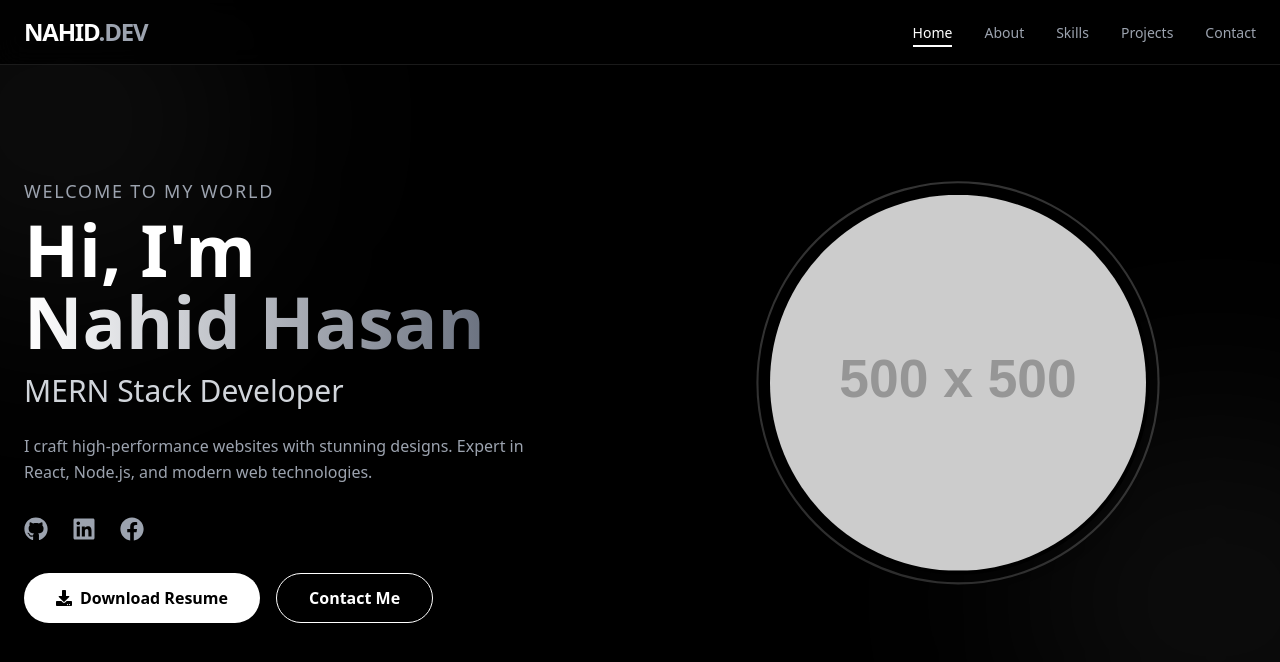
Repository: nahid-hasann/portfolio
Page: /
The author's editor kept a copy of each file at every save. The page is drawn from the files as they stood at one save, then again after the next save.
The browser window is 1280 px wide. The pictures show the whole page.
The project was rebuilt for these pictures with package versions that can differ from the ones it lists, and the page was loaded fresh each time. Also part of the build but not shown: vite.config.js.

Above is the page before, as saved 2026-01-05 15:02:21.

### index.html
<!doctype html>
<html data-theme="light" lang="en">
  <head>
    <meta charset="UTF-8" />
    <link rel="icon" type="image/svg+xml" href="/vite.svg" />
    <meta name="viewport" content="width=device-width, initial-scale=1.0" />
    <title>my-portfolio</title>
  </head>
  <body>
    <div id="root"></div>
    <script type="module" src="/src/main.jsx"></script>
  </body>
</html>

### src/main.jsx
import { StrictMode } from 'react'
import { createRoot } from 'react-dom/client'
import './index.css'
import App from './App.jsx'
import {
  createBrowserRouter,
  RouterProvider,
} from "react-router-dom";
import Home from './page/Home.jsx';

const router = createBrowserRouter([
  {
    path: "/",
    element: <App />,
    children: [
      {
        path: "/",
        element: <Home></Home>,
      },
      {
        path: "/about",
        element: <div className="text-center mt-10 text-2xl">ℹ️ This is About Section</div>,
      },
      {
        path: "/projects",
        element: <div className="text-center mt-10 text-2xl">🚀 This is Projects Section</div>,
      },
      {
        path: "/contact",
        element: <div className="text-center mt-10 text-2xl">📞 This is Contact Section</div>,
      },
      {
        path: "/skills",
        element: <div className="text-center mt-10 text-2xl" >this is skill </div>
      }
    ]
  },
]);

createRoot(document.getElementById('root')).render(
  <StrictMode>
    <RouterProvider router={router} />
  </StrictMode>,
)

### src/index.css
@tailwind base;
@tailwind components;
@tailwind utilities;

html {
    scroll-behavior: smooth;
    background-color: #000000;

    color: #ffffff;
}


::-webkit-scrollbar {
    width: 8px;
}

::-webkit-scrollbar-track {
    background: #1a1a1a;
}

::-webkit-scrollbar-thumb {
    background: #444;
    border-radius: 4px;
}

::-webkit-scrollbar-thumb:hover {
    background: #fff;
}

### src/App.jsx
import React from 'react';
import { Outlet } from 'react-router-dom';
import Navbar from './component/Navbar';
// import Navbar from './components/Navbar';

function App() {
  return (
    <div>

      <Navbar />

      <div className="w-full">
        <Outlet />
      </div>
    </div>
  );
}

export default App;

### src/page/Home.jsx
import React from 'react';
import Hero from '../component/Hero';
// ১. এই লাইনে আমরা Hero কম্পোনেন্টটি ইমপোর্ট করছি
// import Hero from '../components/Hero';

const Home = () => {
    return (
        <div className="bg-black min-h-screen">
            {/* ২. এখানে Hero কম্পোনেন্টটি কল করছি */}
            <Hero />

            {/* পরে আমরা এখানে বাকি সেকশন বসাবো (Skills, Projects etc.) */}
        </div>
    );
};

export default Home;

### src/component/Navbar.jsx
import React, { useState } from 'react';
import { Link, useLocation } from 'react-router-dom';
import { motion, AnimatePresence } from 'framer-motion';
import { FaBars, FaTimes } from 'react-icons/fa';

const Navbar = () => {
    const [isOpen, setIsOpen] = useState(false);
    const location = useLocation();

    // মেনু আইটেমগুলোর লিস্ট
    const navLinks = [
        { name: 'Home', path: '/' },
        { name: 'About', path: '/about' },
        { name: 'Skills', path: '/skills' },
        { name: 'Projects', path: '/projects' },
        { name: 'Contact', path: '/contact' },
    ];

    // এক্টিভ লিংক চেক করার ফাংশন
    const isActive = (path) => location.pathname === path;

    return (
        <nav className="fixed top-0 left-0 right-0 z-50 bg-black/80 backdrop-blur-md border-b border-white/10">
            <div className="container mx-auto px-6 py-4 flex justify-between items-center">

                {/* Logo Area */}
                <motion.div
                    initial={{ opacity: 0, x: -20 }}
                    animate={{ opacity: 1, x: 0 }}
                    transition={{ duration: 0.5 }}
                >
                    <Link to="/" className="text-2xl font-bold tracking-tighter text-white">
                        NAHID<span className="text-gray-400">.DEV</span>
                    </Link>
                </motion.div>

                {/* Desktop Menu */}
                <div className="hidden md:flex space-x-8">
                    {navLinks.map((link, index) => (
                        <motion.div
                            key={index}
                            initial={{ opacity: 0, y: -10 }}
                            animate={{ opacity: 1, y: 0 }}
                            transition={{ delay: 0.1 * index, duration: 0.5 }}
                        >
                            <Link
                                to={link.path}
                                className={`text-sm font-medium transition-colors duration-300 relative group ${isActive(link.path) ? 'text-white' : 'text-gray-400 hover:text-white'
                                    }`}
                            >
                                {link.name}
                                {/* Hover Underline Animation */}
                                <span className={`absolute left-0 bottom-[-5px] w-0 h-[2px] bg-white transition-all duration-300 group-hover:w-full ${isActive(link.path) ? 'w-full' : ''}`}></span>
                            </Link>
                        </motion.div>
                    ))}
                </div>

                {/* Mobile Menu Button */}
                <div className="md:hidden">
                    <button onClick={() => setIsOpen(!isOpen)} className="text-white focus:outline-none text-2xl">
                        {isOpen ? <FaTimes /> : <FaBars />}
                    </button>
                </div>
            </div>

            {/* Mobile Dropdown Menu (AnimatePresence for smooth exit) */}
            <AnimatePresence>
                {isOpen && (
                    <motion.div
                        initial={{ opacity: 0, height: 0 }}
                        animate={{ opacity: 1, height: 'auto' }}
                        exit={{ opacity: 0, height: 0 }}
                        className="md:hidden bg-black border-b border-white/10 overflow-hidden"
                    >
                        <div className="flex flex-col items-center py-6 space-y-4">
                            {navLinks.map((link) => (
                                <Link
                                    key={link.name}
                                    to={link.path}
                                    onClick={() => setIsOpen(false)}
                                    className={`text-lg font-medium ${isActive(link.path) ? 'text-white' : 'text-gray-400'}`}
                                >
                                    {link.name}
                                </Link>
                            ))}
                        </div>
                    </motion.div>
                )}
            </AnimatePresence>
        </nav>
    );
};

export default Navbar;

### src/component/Hero.jsx
import React from 'react';
import { motion } from 'framer-motion';
import { FaGithub, FaLinkedin, FaFacebook, FaDownload } from "react-icons/fa";

const Hero = () => {

    const fadeUp = {
        hidden: { opacity: 0, y: 30 },
        visible: { opacity: 1, y: 0, transition: { duration: 0.8 } }
    };

    return (
        <section className="min-h-screen bg-black text-white flex items-center justify-center pt-20 overflow-hidden relative">


            <div className="absolute top-[-10%] left-[-10%] w-96 h-96 bg-white/5 rounded-full blur-[100px]" />
            <div className="absolute bottom-[-10%] right-[-10%] w-96 h-96 bg-white/5 rounded-full blur-[100px]" />

            <div className="container mx-auto px-6 grid md:grid-cols-2 gap-10 items-center relative z-10">

                {/* Left Side: Text Content */}
                <motion.div
                    initial="hidden"
                    animate="visible"
                    variants={{
                        visible: { transition: { staggerChildren: 0.2 } }
                    }}
                    className="text-center md:text-left"
                >
                    <motion.p variants={fadeUp} className="text-gray-400 text-lg mb-2 tracking-widest uppercase">
                        Welcome to my world
                    </motion.p>

                    <motion.h1 variants={fadeUp} className="text-5xl md:text-7xl font-bold mb-4 leading-tight">
                        Hi, I'm <br />
                        <span className="text-transparent bg-clip-text bg-gradient-to-r from-white to-gray-500">
                            Nahid Hasan
                        </span>
                    </motion.h1>

                    <motion.h2 variants={fadeUp} className="text-2xl md:text-3xl font-light text-gray-300 mb-6">
                        MERN Stack Developer
                    </motion.h2>

                    <motion.p variants={fadeUp} className="text-gray-400 max-w-lg mx-auto md:mx-0 mb-8 leading-relaxed">
                        I craft high-performance websites with stunning designs. Expert in React, Node.js, and modern web technologies.
                    </motion.p>


                    <motion.div variants={fadeUp} className="flex gap-6 justify-center md:justify-start mb-8">
                        {[
                            { icon: <FaGithub />, link: "https://github.com" },
                            { icon: <FaLinkedin />, link: "https://linkedin.com" },
                            { icon: <FaFacebook />, link: "https://facebook.com" }
                        ].map((social, index) => (
                            <a
                                key={index}
                                href={social.link}
                                target="_blank"
                                className="text-2xl text-gray-400 hover:text-white hover:scale-110 transition-transform duration-300"
                            >
                                {social.icon}
                            </a>
                        ))}
                    </motion.div>


                    <motion.div variants={fadeUp} className="flex flex-col sm:flex-row gap-4 justify-center md:justify-start">
                        <a
                            href="/resume.pdf"
                            download
                            className="px-8 py-3 bg-white text-black font-bold rounded-full hover:bg-gray-200 transition duration-300 flex items-center justify-center gap-2"
                        >
                            <FaDownload /> Download Resume
                        </a>
                        <a
                            href="/contact"
                            className="px-8 py-3 border border-white text-white font-bold rounded-full hover:bg-white/10 transition duration-300"
                        >
                            Contact Me
                        </a>
                    </motion.div>
                </motion.div>


                <motion.div
                    initial={{ opacity: 0, scale: 0.8 }}
                    animate={{ opacity: 1, scale: 1 }}
                    transition={{ duration: 0.8 }}
                    className="flex justify-center"
                >

                    <motion.div
                        animate={{ y: [0, -20, 0] }}
                        transition={{ duration: 4, repeat: Infinity, ease: "easeInOut" }}
                        className="relative w-80 h-80 md:w-96 md:h-96"
                    >

                        <div className="absolute inset-0 border-2 border-white/20 rounded-full transform rotate-6 scale-105" />


                        <img
                            src="https://placehold.co/500x500/1a1a1a/ffffff?text=Your+Photo"
                            alt="Nahid Profile"
                            className="w-full h-full object-cover rounded-full shadow-2xl border-4 border-black grayscale hover:grayscale-0 transition duration-500"
                        />
                    </motion.div>
                </motion.div>
            </div>
        </section>
    );
};

export default Hero;

### tailwind.config.js
/** @type {import('tailwindcss').Config} */
export default {
    content: [
        "./index.html",
        "./src/**/*.{js,ts,jsx,tsx}",
    ],
    theme: {
        extend: {},
    },
    plugins: [
        require('daisyui'),
    ],
  }

After the next save:
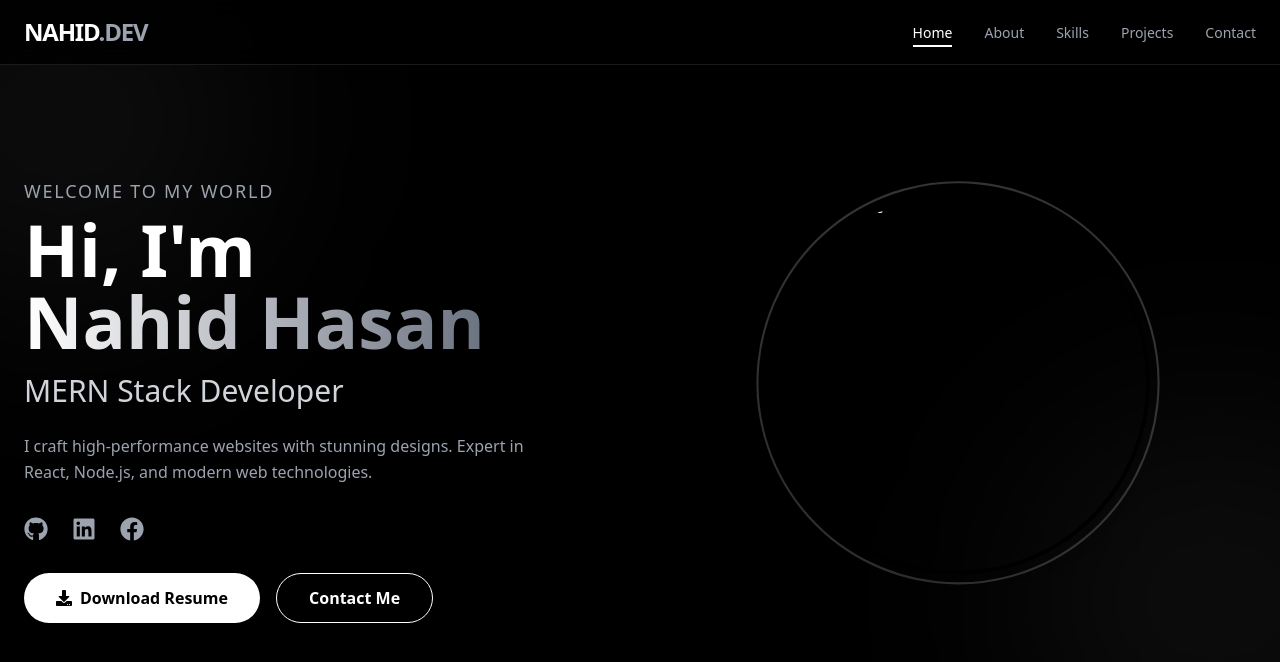
Saved 4 min 48 s later.
--- a/src/component/Hero.jsx
+++ b/src/component/Hero.jsx
@@ -100,7 +100,7 @@ const Hero = () => {
 
 
                         <img
-                            src="https://placehold.co/500x500/1a1a1a/ffffff?text=Your+Photo"
+                            src=""
                             alt="Nahid Profile"
                             className="w-full h-full object-cover rounded-full shadow-2xl border-4 border-black grayscale hover:grayscale-0 transition duration-500"
                         />
